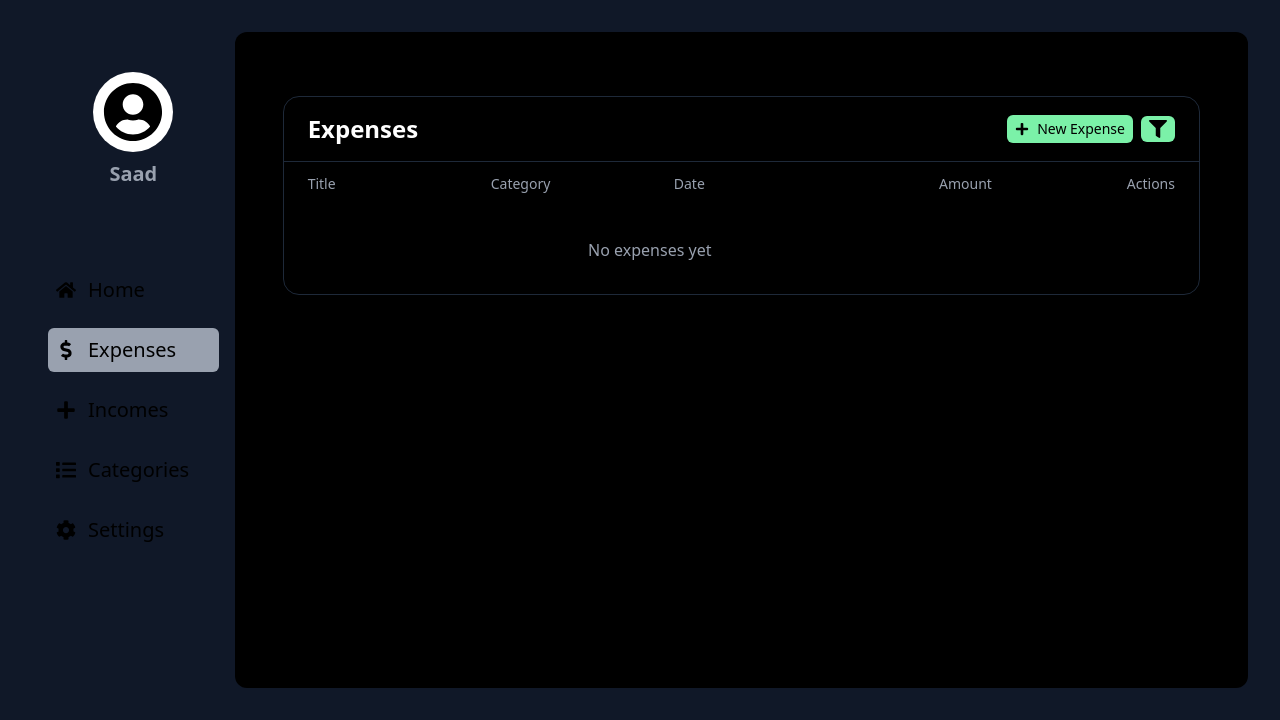
Repository: saad-naveed-brainx/Expense
Page: /expenses
These files come from the project's save history. The page is drawn as it stood at one moment and after a run of saves; the edit follows.
The browser window is 1280 px wide. The pictures show the whole page.
The project was rebuilt for these pictures with package versions that can differ from the ones it lists, and the page was loaded fresh each time. Also part of the build but not shown: vite.config.js, src/components/LandingPage.jsx, src/components/NotUsed.jsx, src/components/AddNewExpenses.jsx.

Above is the page before, as saved 2025-09-05 12:12:17.

After the next 5 saves:
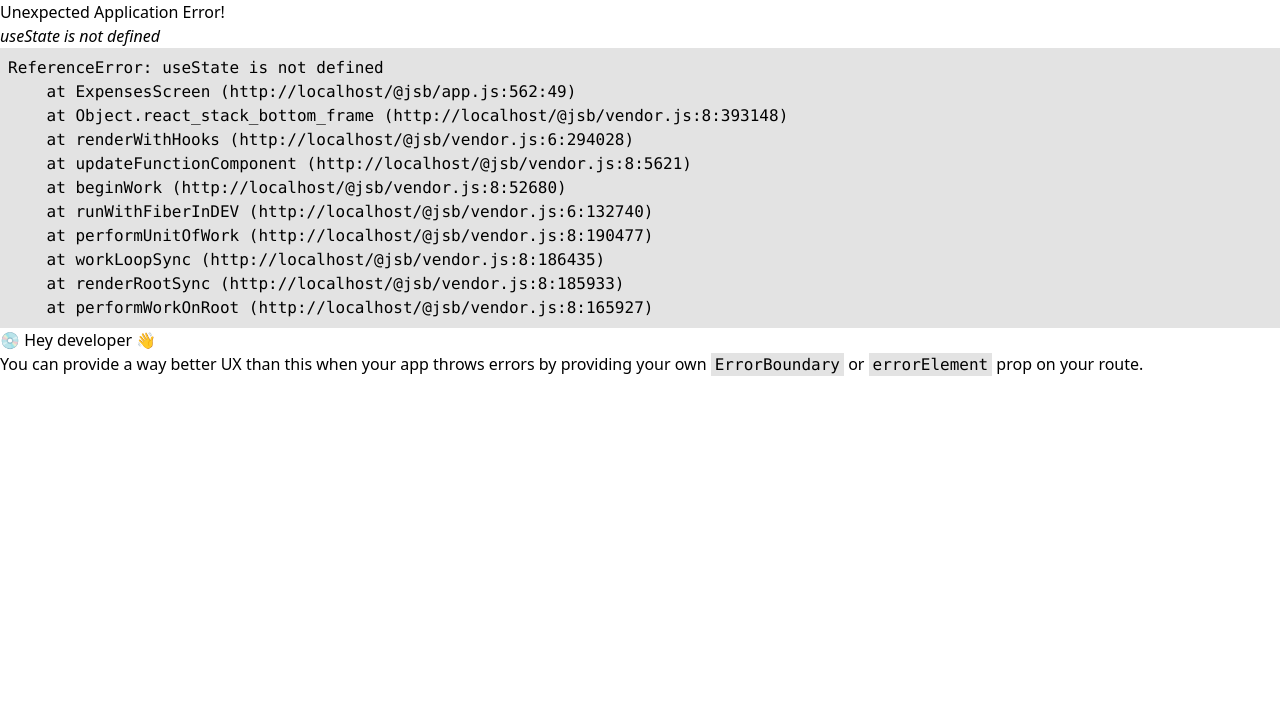
The 5 saves are shown as one change because 1 did not build or start and some came seconds apart.
The last was saved 32 s later.
--- a/src/components/ExpensesScreen.jsx
+++ b/src/components/ExpensesScreen.jsx
@@ -7,6 +7,7 @@ import { useNavigate } from 'react-router-dom'
 export default function ExpensesScreen(){
     const expenses = useSelector((state) => state.expense.expenses)
     const navigate = useNavigate()
+    const [showDeleteModal, setShowDeleteModal] = useState(false)
 
     const formatAmount = (value) => {
         return `$ ${Number(value || 0).toFixed(2)}`

After the 3 saves that followed:
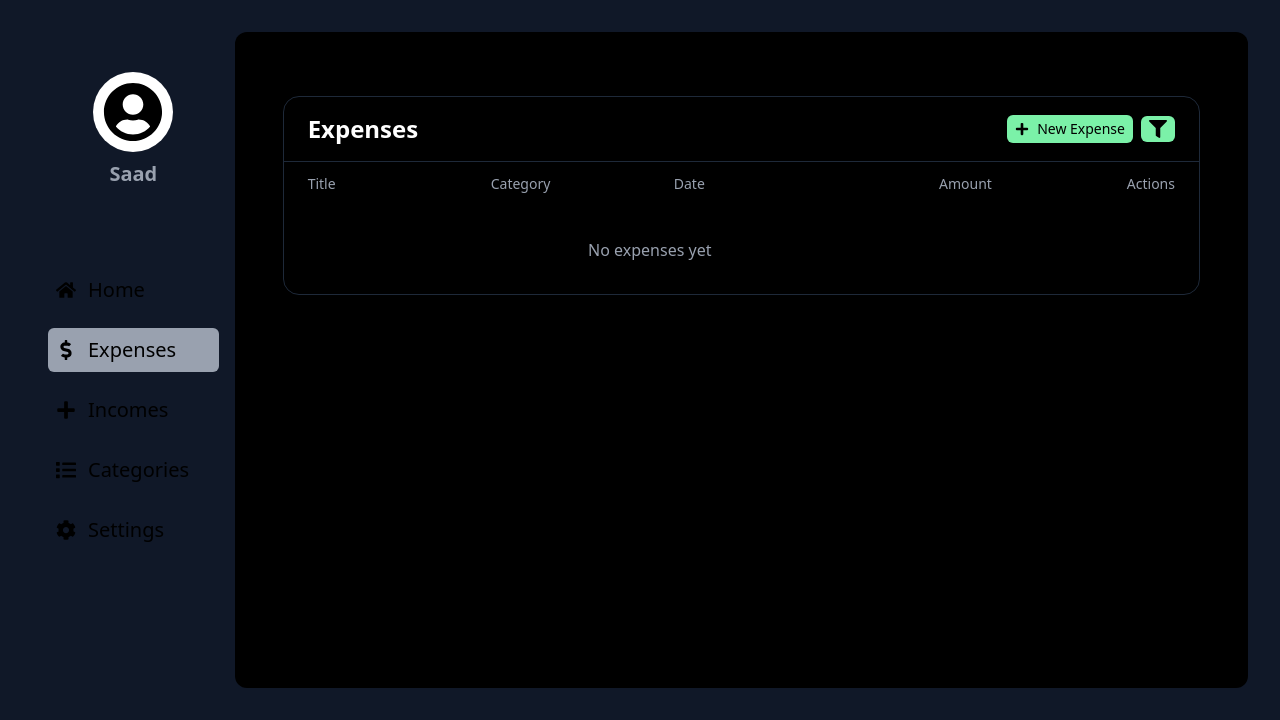
The 3 saves are shown as one change because they came seconds apart.
The last was saved 8 s later.
--- a/src/components/ExpensesScreen.jsx
+++ b/src/components/ExpensesScreen.jsx
@@ -1,4 +1,4 @@
-import React from 'react'
+import React, { useState } from 'react'
 import { useSelector } from 'react-redux'
 import { FaPlus, FaFilter, FaEdit, FaTrash } from "react-icons/fa";
 import { useNavigate } from 'react-router-dom'
